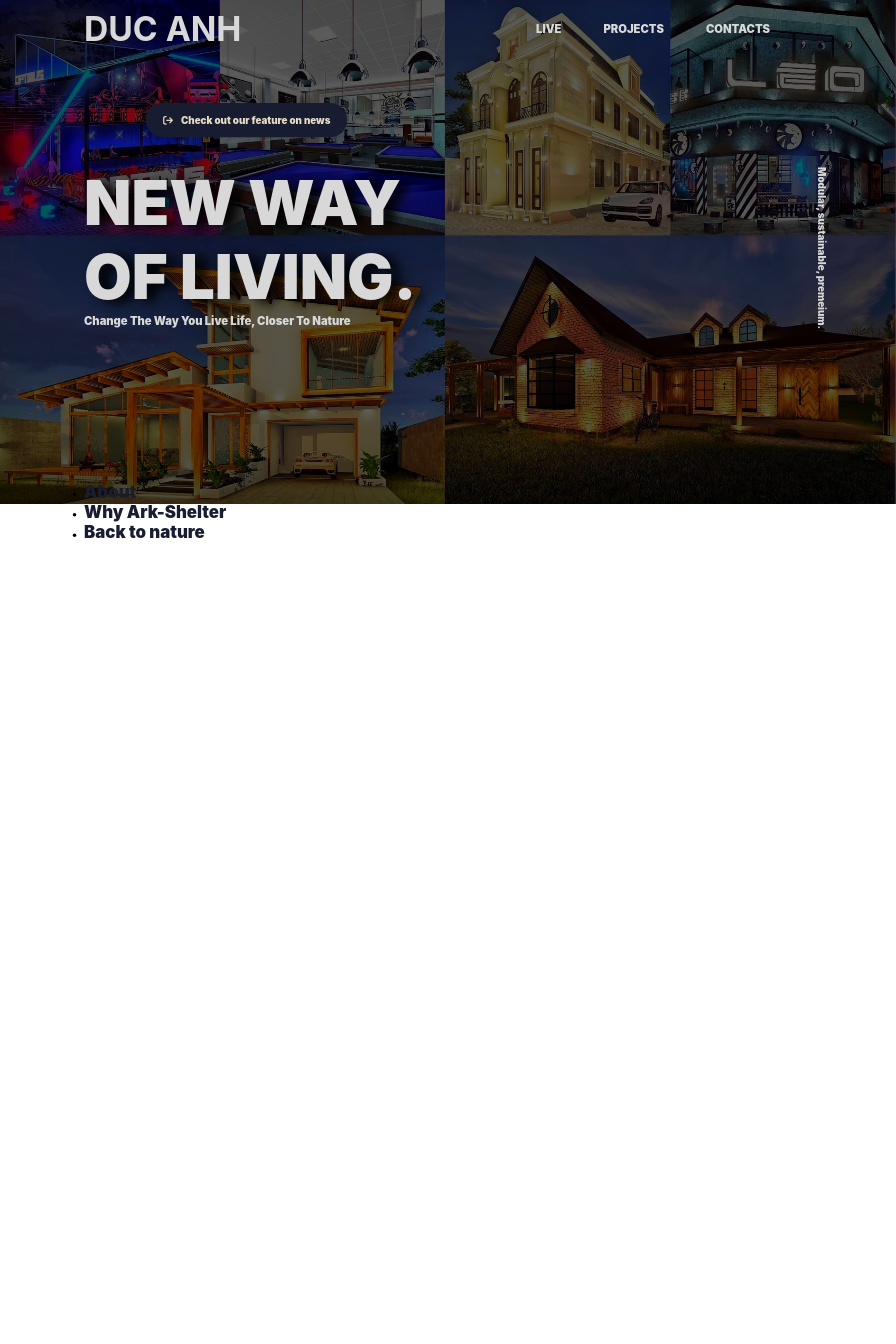
Repository: Ethanxcode/DucAnhNguyen
Page: index.html
These files come from the project's save history. The page is drawn as it stood at one moment and after the next save; the edit follows.
The browser window is 1280 px wide. The pictures show the part of the page from y = 0 to 1920 px (the page is 10000 px tall), at 70% of full size.

Above is the page before, as saved 2023-01-14 01:20:52.

After the next save:
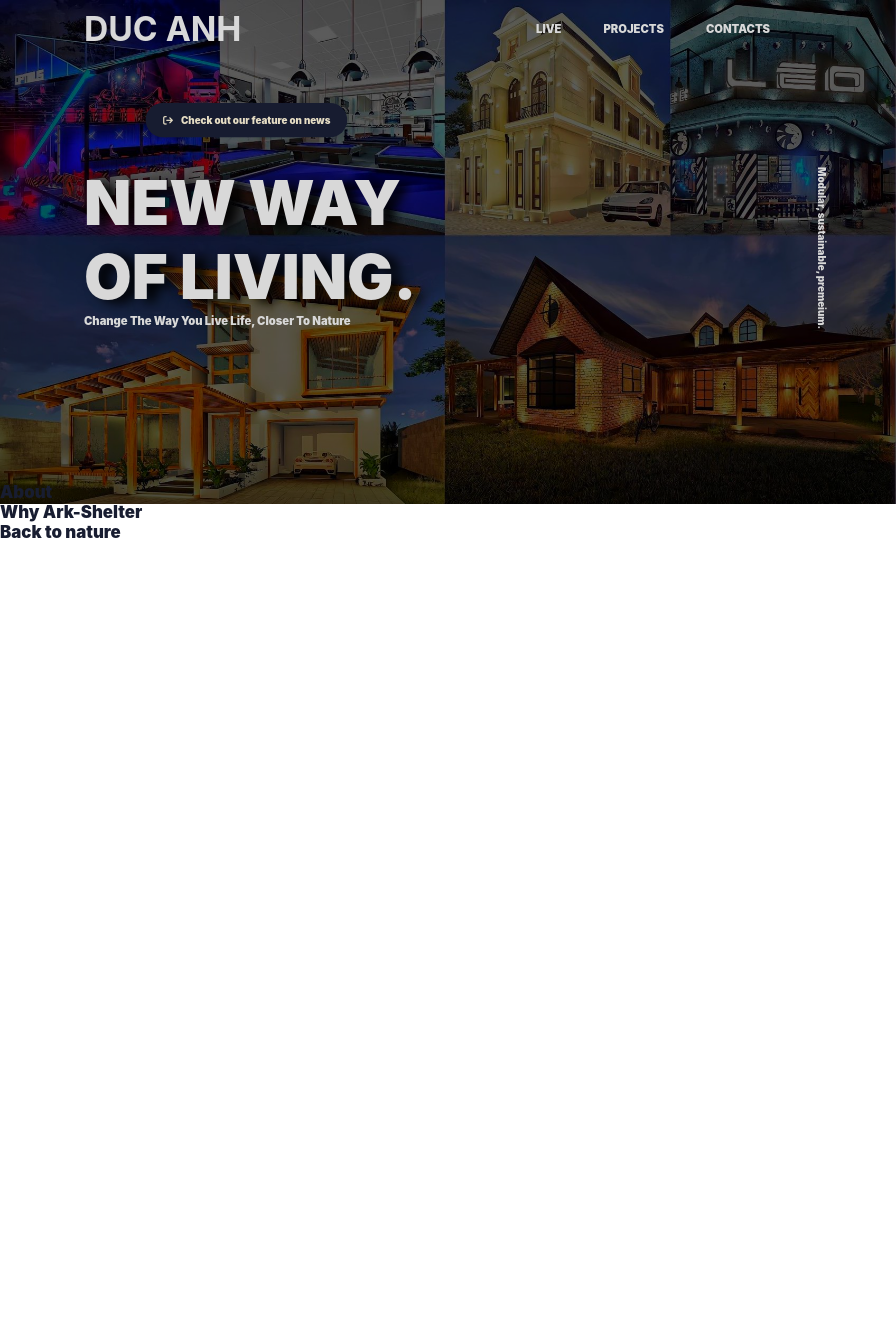
Saved 65 s later.
--- a/index.html
+++ b/index.html
@@ -14,7 +14,7 @@
 	</head>
 	<body>
 		<div id="root">
-			<div class="container header">
+			<section class="container header">
 				<div
 					class="bg-image-holder"
 					style="
@@ -55,9 +55,9 @@
 					</p>
 					<p class="childrenSubNav">Modular, sustainable, premeium.</p>
 				</nav>
-			</div>
-			<div class="container content-above">
-				<section class="section-margin-top"></section>
+			</section>
+			<div class="section-margin-top"></div>
+			<section class="content-above">
 				<header class="HeaderSection">
 					<ul class="HeaderSectionMenu">
 						<li>
@@ -76,7 +76,7 @@
 						<div class="g"></div>
 					</div>
 				</div>
-			</div>
+			</section>
 		</div>
 	</body>
 </html>
